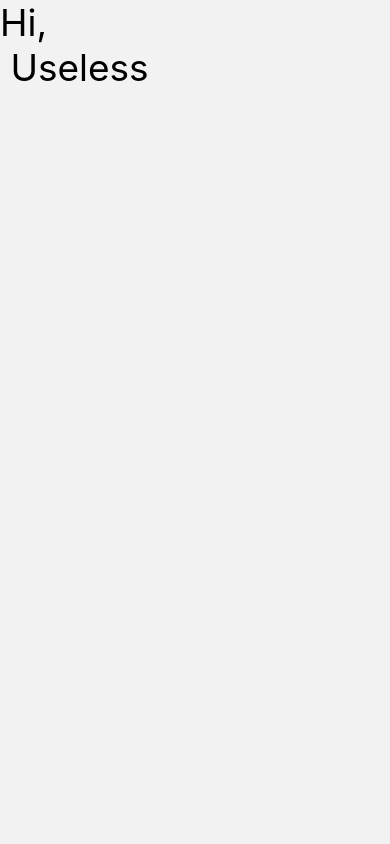
Repository: kgayathridevi/pregband
Screen: /Home
The author's editor kept a copy of each file at every save. The screen is drawn from the files as they stood at one save, then again after a run of saves.
The app was drawn by React Native's web renderer in a window 390 px wide. The project was rebuilt for these pictures with package versions that can differ from the ones it lists, and the page was loaded fresh each time. Also part of the build but not shown: component/SignUpScreen.jsx.

Above is the screen before, as saved 2023-04-30 10:37:15.

After the next 2 saves:
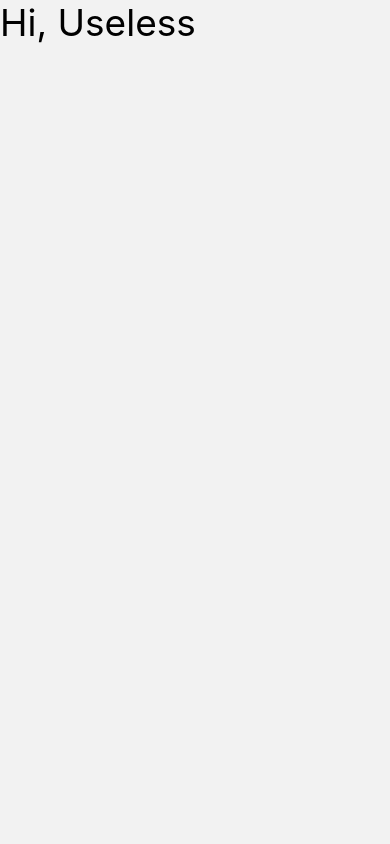
The 2 saves are shown as one change because 1 did not build or start.
The last was saved 36 s later.
--- a/component/Home.jsx
+++ b/component/Home.jsx
@@ -28,5 +28,6 @@ const Home = () => {
 export default Home;
 
 const styles = StyleSheet.create({
+  headerContainer: { flexDirection: "row" },
   textC: { fontSize: 37 },
 });
